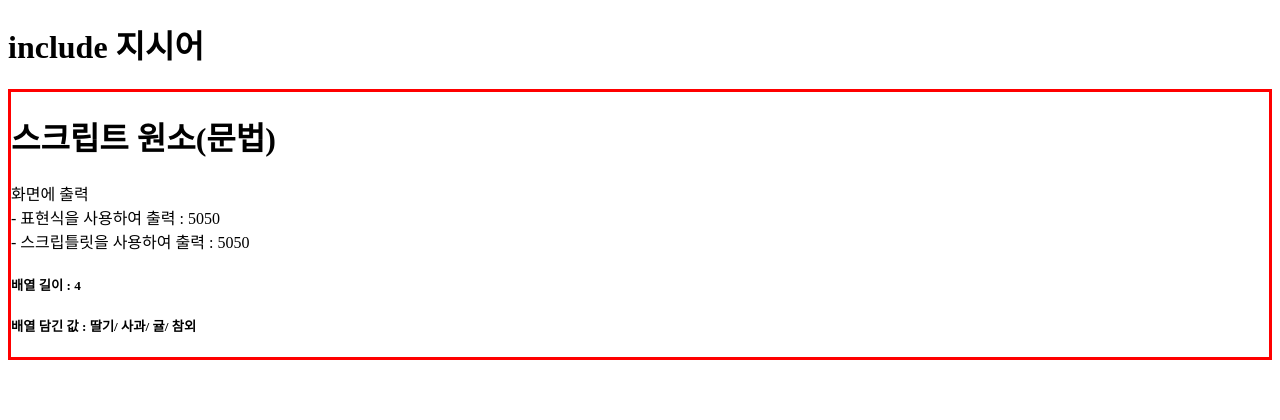
Repository: kkh1396/kh_front
Page: http://localhost/2_jsp/views/1_Basic/4_directiveInclude.jsp
The author's editor kept a copy of each file at every save. The page is drawn from the files as they stood at one save, then again after a run of saves.
The browser window is 1280 px wide. The pictures show the whole page.
The page is served by Tomcat 9. Other server files are loaded and not shown.

Above is the page before, as saved 2025-03-20 02:31:29.

### 05_server/2_jsp/src/main/webapp/views/1_Basic/4_directiveInclude.jsp
<%@ page language="java" contentType="text/html; charset=UTF-8"
    pageEncoding="UTF-8"%>
<!DOCTYPE html>
<html>
<head>
<meta charset="UTF-8">
<title>JSP - include</title>
</head>
<body>

    <h1>include 지시어</h1>

    <div style= "border : 3px solid red;">
    		<%@ include file="2_scriptElement.jsp" %>


    </div>

</body>
</html>

### 05_server/2_jsp/src/main/webapp/views/1_Basic/2_scriptElement.jsp
<%@ page language="java" contentType="text/html; charset=UTF-8"
    pageEncoding="UTF-8"%>
<!DOCTYPE html>
<html>
<head>
<meta charset="UTF-8">
<title>JSP 스크립트 원소</title>
</head>
<body>
     <h1>스크립트 원소(문법)</h1>

     <%
        /*
          스크립틀릿 : 해당 영역 내에서는 자바 코드 작성 가능
        */

        int sum = 0; // 변수 선언

        // 제어문 사용
        for(int i=1 ; i<=100; i++ ){
            sum += i;
        }
     %>

     <p>
         화면에 출력 <br>
          - 표현식을 사용하여 출력 : <%= sum %> <br>
          - 스크립틀릿을 사용하여 출력 : <% out.println(sum); %>
          <%-- out : jsp 내장 객체 (PrintWriter 타입) --%>
     </p>


	 <%
	  	 String[] sArr = {"딸기","사과","귤","참외"};

	 %>

	<h5>배열 길이 :
	     <%= sArr.length %>
	 </h5>
	<h5>배열 담긴 값 :
	     <%= String.join("/ ", sArr) %>
	</h5>


</body>
</html>

After the next 2 saves:
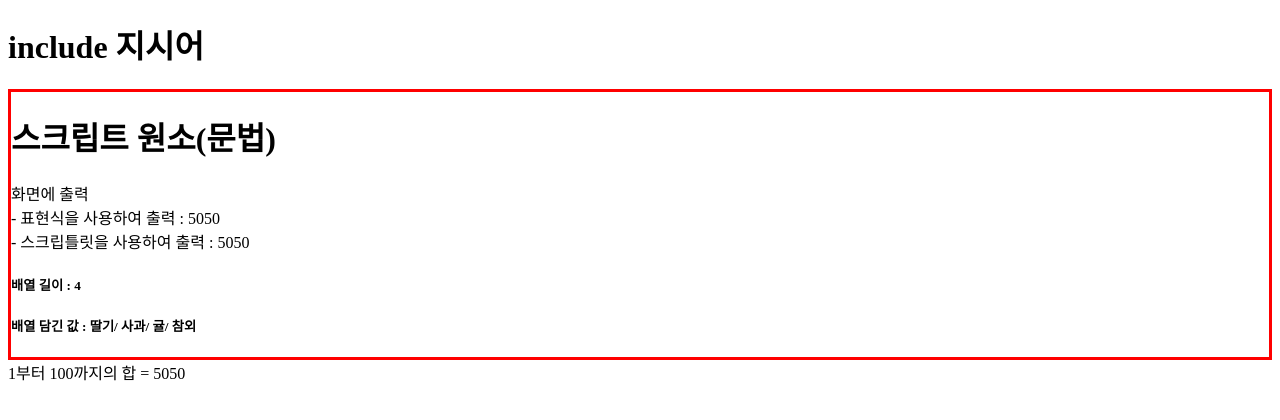
The 2 saves are shown as one change because 1 did not build or start.
The last was saved 59 s later.
--- a/05_server/2_jsp/src/main/webapp/views/1_Basic/4_directiveInclude.jsp
+++ b/05_server/2_jsp/src/main/webapp/views/1_Basic/4_directiveInclude.jsp
@@ -16,5 +16,9 @@
 
     </div>
 
+	1부터 100까지의 합 = <%= sum %>
+
+
+
 </body>
 </html>
